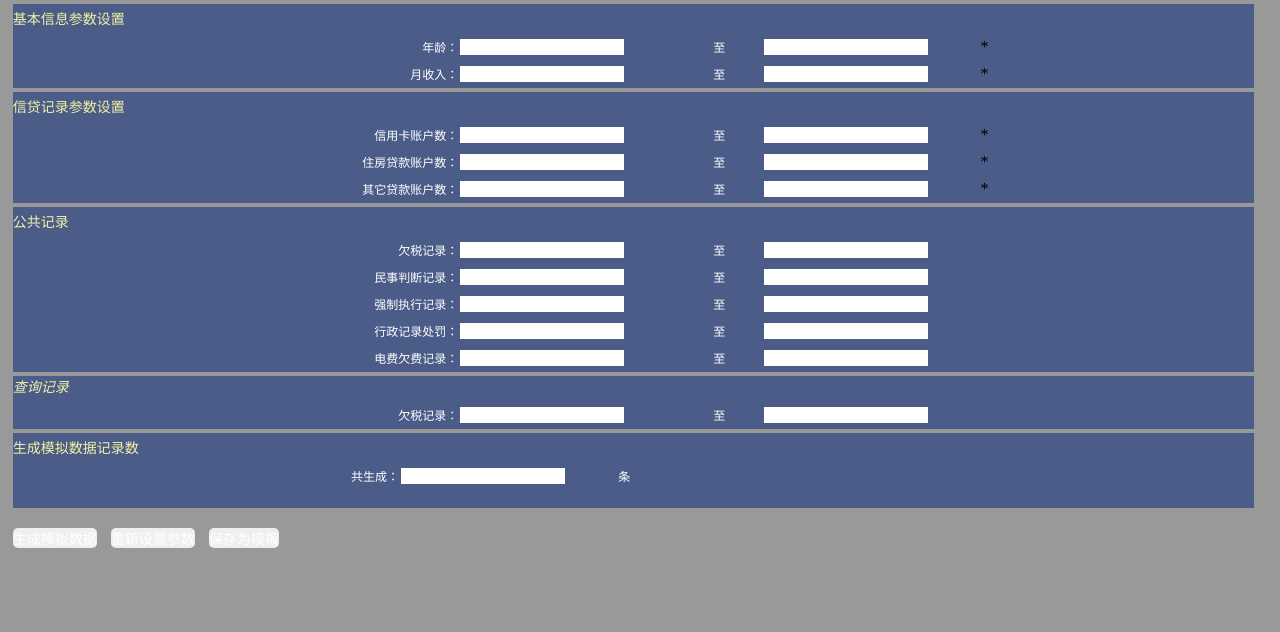
Repository: trieyouth/BigData
Page: http://localhost/BigData/WEB-INF/views/client-credit-analyse-system/data-collect/generateData.jsp
An editor plug-in stored every save of this project. The page is shown before and after the next save, followed by the edit.
The browser window is 1280 px wide. The pictures show the whole page.
The page is served by Tomcat 9. Nobody is signed in. Other server files are loaded and not shown. The template is opened directly, without the code that normally fills it, so the values that code supplies are empty.

Above is the page before, as saved 2016-03-07 09:03:30.

### BigData/WebRoot/WEB-INF/views/client-credit-analyse-system/data-collect/generateData.jsp
<%@ page language="java" import="java.util.*" contentType="text/html; charset=utf-8" pageEncoding="utf-8"%>
<%@taglib prefix="c" uri="http://java.sun.com/jsp/jstl/core" %>
<%
String path = request.getContextPath();
String basePath = request.getScheme()+"://"+request.getServerName()+":"+request.getServerPort()+path+"/";
%>

<!DOCTYPE HTML PUBLIC "-//W3C//DTD HTML 4.01 Transitional//EN">
<html>
  <head>
    <base href="<%=basePath%>">
    <meta charset="utf-8">
<title>数据录入 </title>


	<meta http-equiv="pragma" content="no-cache">
	<meta http-equiv="cache-control" content="no-cache">
	<meta http-equiv="expires" content="0">
	<meta http-equiv="keywords" content="keyword1,keyword2,keyword3">
	<meta http-equiv="description" content="This is my page">
 <link href="<c:url value="/css/style.css"/>" rel="stylesheet" type="text/css">
<link href="<c:url value="/css/mycss.css"/>" rel="stylesheet" type="text/css">
  </head>

  <body>
<div style="height:4px; width:100%;"></div>
<form name="frm" method="POST" action="<c:url value="/ccas/index/dataCollect/generateData"/>">

  <!--基本参数设置区域-->

  <div id="lightcolor">
    <div style="height:4px; width:100%;"></div>
    <label  id="labelhead">基本信息参数设置</label>
    <div style="height:4px; width:100%;"></div>
    <table frame="void" width = "70%" height="25" >
      <tr>
        <td width="30%"  height="25"  style="text-align:right" ><label id="labelbody" > 年龄： </label></td>
        <td width="25%"  height="25"  ><label id="labelbody" >
            <input  type="text" id="inputwidth" name="minAge" >
          </label></td>
        <!--那么属性为参数名-->
        <td width="10%"  height="25"  style="text-align:center"  ><label id="labelbody" > 至 </label></td>
        <td width="25%"  height="25"  ><label id="labelbody" >
            <input  type="text" id="inputwidth" name="maxAge" >
          </label></td>
        <td width="10%"  height="25" ><label id="labelbody1" >* </label></td>
      </tr>
      <tr>
        <td width="30%"  height="25"  style="text-align:right" ><label id="labelbody" > 月收入： </label></td>
        <td width="25%"  height="25"  ><label id="labelbody" >
            <input  type="text" id="inputwidth" name="minMonthlyIncome" >
          </label></td>
        <td width="10%"  height="25"  style="text-align:center"  ><label id="labelbody" > 至 </label></td>
        <td width="25%"  height="25"  ><label id="labelbody" >
            <input  type="text" id="inputwidth" name="maxMonthlyIncome" >
          </label></td>
        <td width="10%"  height="25" ><label id="labelbody1" >*</label></td>
      </tr>

    </table>
  </div>

  <!--开始下一个参数组-->
  <div style="height:4px; width:100%;"></div>
  <div id="lightcolor">
    <div style="height:4px; width:100%;"></div>
    <label  id="labelhead">信贷记录参数设置</label>
    <div style="height:4px; width:100%;"></div>
    <table frame="void" width = "70%" height="25" >
      <tr>
        <td width="30%"  height="25"  style="text-align:right" ><label id="labelbody" > 信用卡账户数： </label></td>
        <td width="25%"  height="25"  ><label id="labelbody" >
            <input  type="text" id="inputwidth" name="minCreditNum" >
          </label></td>
        <td width="10%"  height="25"  style="text-align:center"  ><label id="labelbody" > 至 </label></td>
        <td width="25%"  height="25"  ><label id="labelbody" >
            <input  type="text" id="inputwidth" name="maxCreditNum" >
          </label></td>
        <td width="10%"  height="25"  ><label id="labelbody1" >* </label></td>
      </tr>
      <tr>
        <td width="30%"  height="25"  style="text-align:right" ><label id="labelbody" > 住房贷款账户数：</label></td>
        <td width="25%"  height="25"  ><label id="labelbody" >
            <input  type="text" id="inputwidth" name="minHouseLoan" >
          </label></td>
        <td width="10%"  height="25"  style="text-align:center"  ><label id="labelbody" > 至 </label></td>
        <td width="25%"  height="25"  ><label id="labelbody" >
            <input  type="text" id="inputwidth" name="maxHouseLoan" >
          </label></td>
        <td width="10%"  height="25"  ><label id="labelbody1" >* </label></td>
      </tr>
      <tr>
        <td width="30%"  height="25"  style="text-align:right" ><label id="labelbody" >其它贷款账户数：</label></td>
        <td width="25%"  height="25"  ><label id="labelbody" >
            <input  type="text" id="inputwidth" name="minLoansNum" >
          </label></td>
        <td width="10%"  height="25"  style="text-align:center"  ><label id="labelbody" > 至 </label></td>
        <td width="25%"  height="25"  ><label id="labelbody" >
            <input  type="text" id="inputwidth" name="maxLoansNum" >
          </label></td>
        <td width="10%"  height="25"  ><label id="labelbody1" >* </label></td>
      </tr>
    </table>
  </div>

  <!--开始下一个参数组-->
  <div style="height:4px; width:100%;"></div>
  <div id="lightcolor">
    <div style="height:4px; width:100%;"></div>
    <label  id="labelhead">公共记录</label>
    <div style="height:4px; width:100%;"></div>
    <table frame="void" width = "70%" height="25" >
      <tr>
        <td width="30%"  height="25"  style="text-align:right" ><label id="labelbody" > 欠税记录： </label></td>
        <td width="25%"  height="25"  ><label id="labelbody" >
            <input  type="text" id="inputwidth" name="minOwingTaxes" >
          </label></td>
        <td width="10%"  height="25"  style="text-align:center"  ><label id="labelbody" > 至 </label></td>
        <td width="25%"  height="25"  ><label id="labelbody" >
            <input  type="text" id="inputwidth" name="maxOwingTaxes" >
          </label></td>
         <td width="10%"  height="25"  style="text-align:center"  ><label id="labelbody" > </label></td>
         </tr>
      <tr>
        <td width="30%"  height="25"  style="text-align:right" ><label id="labelbody" > 民事判断记录： </label></td>
        <td width="25%"  height="25"  ><label id="labelbody" >
            <input  type="text" id="inputwidth" name="minCivilJudgmentRecord" >
          </label></td>
        <td width="10%"  height="25"  style="text-align:center"  ><label id="labelbody" > 至 </label></td>
        <td width="25%"  height="25"  ><label id="labelbody" >
            <input  type="text" id="inputwidth" name="maxCivilJudgmentRecord" >
          </label></td>
        <td width="10%"  height="25"  style="text-align:center"  ></td>
      </tr>
      <tr>
        <td width="30%"  height="25"  style="text-align:right" ><label id="labelbody" > 强制执行记录： </label></td>
        <td width="25%"  height="25"  ><label id="labelbody" >
            <input  type="text" id="inputwidth" name="minEnforcement" >
          </label></td>
        <td width="10%"  height="25"  style="text-align:center"  ><label id="labelbody" > 至 </label></td>
        <td width="25%"  height="25"  ><label id="labelbody" >
            <input  type="text" id="inputwidth" name="maxEnforcement" >
          </label></td>
         <td width="10%"  height="25"  style="text-align:center"  ></td>
      </tr>
      <tr>
        <td width="30%"  height="25"  style="text-align:right" ><label id="labelbody" > 行政记录处罚： </label></td>
        <td width="25%"  height="25"  ><label id="labelbody" >
            <input  type="text" id="inputwidth" name="minAdministrativerPunishment" >
          </label></td>
        <td width="10%"  height="25"  style="text-align:center"  ><label id="labelbody" > 至 </label></td>
        <td width="25%"  height="25"  ><label id="labelbody" >
            <input  type="text" id="inputwidth" name="maxAdministrativerPunishment" >
          </label></td>
         <td width="10%"  height="25"  style="text-align:center"  ><label id="labelbody" > </label></td>
      </tr>
      <tr>
        <td width="30%"  height="25"  style="text-align:right" ><label id="labelbody" > 电费欠费记录： </label></td>
        <td width="25%"  height="25"  ><label id="labelbody" >
            <input  type="text" id="inputwidth" name="minElectricityArrears" >
          </label></td>
        <td width="10%"  height="25"  style="text-align:center"  ><label id="labelbody" > 至 </label></td>
        <td width="25%"  height="25"  ><label id="labelbody" >
            <input  type="text" id="inputwidth" name="maxmElectricityArrears" >
          </label></td>
         <td width="10%"  height="25"  style="text-align:center"  ><label id="labelbody" > </label></td>
      </tr>
    </table>
  </div>

    <i><div style="height:4px; width:100%;"></div>
    <div id="lightcolor">
    <label id="labelhead">查询记录</label>
    <div style="height:4px; width:100%;"></div>
    <table frame="void" width="70%" height="25">
      <tr>
        <td width="30%" height="25" style="text-align:right"><label id="labelbody">欠税记录： </label></td>
        <td width="25%" height="25"><label id="labelbody">
            <input type="text" id="inputwidth" name="minSelectOwingTaxes"></label></td>
        <td width="10%" height="25" style="text-align:center"><label id="labelbody"> 至 </label></td>
        <td width="25%" height="25"><label id="labelbody">
            <input type="text" id="inputwidth" name="maxSelectOwingTaxes"> </label></td>
         <td width="10%" height="25" style="text-align:center"><label id="labelbody"> </label></td>
      </tr>
    </table>
  </div></i>

  <!--开始下一个参数组-->
  <div style="height:4px; width:100%;"></div>
  <div id="lightcolor">
    <div style="height:4px; width:100%;"></div>
    <label  id="labelhead">生成模拟数据记录数</label>
    <div style="height:4px; width:100%;"></div>
    <table frame="void" width = "70%" height="25" >
      <tr>
        <td width="23%"  height="25"  style="text-align:right" ><label id="labelbody" > 共生成： </label></td>
        <td width="25%"  height="25"  ><label id="labelbody" >
            <input  type="text" id="inputwidth" name="generateRecordNum" ></label></td>
        <td width="52%"  height="25"    ><label id="labelbody" style="text-align:left"> 条</label></td>
      </tr>
    </table><br>
  </div>

  <div style="height:20px; width:100%;">${OperateStatus }</div>
  <!--选择按钮功能-->
  <div id="buttoncon">
    <button  id="button1style" type="submit" onclick="ClickGenerateData()" >生成模拟数据</button>
    <!--点击此按钮后台获得参数-->
    <button  type="Reset" id="button2style">重新设置参数</button>
    <button  type="submit" id="button3style" onclick="ClickSaveForTemplate()" >保存为模板</button>
    <!-- <button  type="Reset" id="button2style">设置生成字段</button> -->
  </div>
</form>
  </body>
  <script language="javascript" type="text/javascript">
  function ClickGenerateData(){
        document.frm.action="<c:url value="/ccas/index/dataCollect/generateData"/>";
        document.frm.submit();
   }
  function ClickSaveForTemplate(){
      document.frm.action="<c:url value="/ccas/index/dataCollect/saveAsTemplate"/>";
      document.frm.submit();
 }
  </script>
</html>

### BigData/WebRoot/WEB-INF/resources/css/style.css
@charset "utf-8";
/* CSS Document */
body{
	background-color:#999;}
*{
	margin:0 auto;
	padding:0;
	border:0;
	font-family:Microsoft YaHei;}
.system1-index-wrap{
	width:65%;
	height:auto;
	background-color:#FFF;
	}
ul{
	list-style-type:none;
  }
.system1-index-wrap .header .nav li{
	float:left;
	color:#FFF;
	width:10%;
	font-size:17px;
	font-weight:bold;
	text-align:center;}
.system1-index-wrap .header .nav li a{
	display:block;
	width:100%;
	color:#FFF;
	background-color:#304478;}
.system1-index-wrap .header .nav li a:hover{
	//background:#4C5C89;
	border-bottom:5px solid #FFBC53;}
a{
	text-decoration:none;}
.system1-index-wrap .header{
	width:100%;
	height:130px;
	background-color:#0F6;}
.system1-index-wrap .header .logo{
	width:100%;
	height:68px;
	border-bottom:2px solid #858FAC;
	background-color:#4C5C89;}
.system1-index-wrap .header .logo img{
	position:relative;
	margin-left:10px;
	margin-top:12px;}
.system1-index-wrap .header .nav{
	width:100%;
	height:55px;
	background-color:#304478;
	border-bottom:5px solid #2A85B4;
	line-height:55px;}
.system1-index-wrap .content{
	text-align:center;
	width:100%;
	height:600px;
	background-color:#FFF;}
.system1-index-wrap .content img{
	margin-top:100px;}
.system1-index-wrap .content .meau{
	float:left;
	width:20%;
	height:600px;
	background-color:#121830;}
.system1-index-wrap .content .meau ul{
	padding-top:30px;}
.system1-index-wrap .content .meau li{
	width:100%;
	height:40px;
	line-height:40px;
	text-align:center;
	border-bottom:1px solid #4C5C89;}
.system1-index-wrap .content .meau li a{
	display:block;
	width:100%;
	height:40px;
	color:#CCC;
	font-size:16px;
	font-weight:bold;}
.system1-index-wrap .content .meau li a:hover{
	background:#304478;}
.system1-index-wrap .content .main{
	float:left;
	width:80%;
	height:600px;
	background-color:#FFF;}
.system1-index-wrap .content p{
	position:absolute;
	margin-left:15%;
	margin-top:50px;
	width:40%;
	height:50px;
	background-color:#D9EDF7;
	color:#31708F;
	line-height:50px;
	font-size:16px;
	border:1px solid #BCE7F1;
	border-radius:2px;
	-moz-border-radius:5px;
	-webkit-box-orient:5px;}
.system1-index-wrap .footer{
	width:100%;
	height:30px;
	background-color:#304478;
	text-align:center;
	line-height:30px;}
.system1-index-wrap .footer p{
	font-family:"MS Serif", "New York", serif;
	font-size:14px;
	color:#FFF;}
.c1{
	background:#304478;}
.c2{
	background:#121830;
}

### BigData/WebRoot/WEB-INF/resources/css/mycss.css
@charset "utf-8";
/* CSS Document */
*{
	font-family:"黑体"}
input{
	color:#FFF;}
#continaer{
	margin: 0px auto;
	width:80%;
	height:750px;
	//min-height:700px;
	background-color:rgb(18,24,48);
	padding:10px;
	border:0;
	}
#header{
	height:20%;
	width:100%;
	margin:0 auto;
	padding:0;
	border:0;
	background-color:rgb(76,93,137);}
    hr{ margin-top:0;
	margin-bottom:0;}

#bod{
	height:80%;
	width:100%;
	margin-top:0%;
	padding:0;
	background-color:rgb(76,93,137);
	}
#leftbody{
	margin:0;
	padding:0;
	border:0;
	width:20%;
	height:100%;
	background-color:rgb(18,24,48);
	float:left;
	}
#rightbody{
	margin:0;
	padding:0;
	border:0;
	width:80%;
	height:100%;
	background-color:rgb(49,69,120);
	float:left;}
#navhead{
	width:100%;
	height:50px;
	border:0;
	margin:0;
	padding:0;
	background:rgb(49,69,120);}

#hrc{
	margin-top:0;}
.nav ul {
	width:100%;
	height: 50px;
	padding: 0;
	margin-top:0;
}
.nav ul li {
	float: left;
	list-style: none;
}
.nav ul li a {
	width: 145px;
	height: 41px;
	line-height: 41px;
	background: rgb(49,69,120);
	color: #000;
	font-size: 14px;
	display: block;
	text-align: center;
	text-decoration: none;
	font-size: 16px;
	font-family:Microsoft YaHei;
	color:#FFF;
}
.nav ul li a:hover {
	width: 145px;
	height: 41px;
	line-height: 41px;
	border: 1px solid rgb(49,69,120);
	color: #000;
}

.meau ul {
	width: 100%;
	padding: 0;
	margin-top: 0;
}
.meau ul li {
	list-style: none;
}
.meau ul li a {
	width: 100%;
	height: 41px;
	line-height: 41px;
	background: rgb(28,40,82);
	color: #000;
	font-size: 14px;
	display: block;
	text-align: center;
	text-decoration: none;
	font-size: 16px;
	font-family: Microsoft YaHei;
	color: #FFF;
}
.meau ul li a:hover {
	width: 100%;
	height: 41px;
	line-height: 41px;
	border: 1px solid rgb(49,69,120);
	color: #FFF;
	background-color: rgb(18,24,48);
}
#lightcolor {
	width: 97%;
	margin-left:1%;
	background-color: #4B5C88;
	border:0;
}
#lighttable {
	width: 96%;

	padding-left:10px;
	margin-left:1%;
	background-color: #4B5C88;
	border:0;
}


#buttoncon{
	width: 97%;
	margin-left:1%;
	padding:0;
	border:0;
}
#labelhead {
	color: #F1F1A4;
	font-size: 14px;
	font-family: Microsoft YaHei;
}
#labelbody {
	color: #FFF;
	font-size: 12px;
	font-family: Microsoft YaHei;
}
.inputwidth {
	width: 100px;
	height: 16px;
	background: Transparent;
	border: 1px solid #788587;
 //border:#000;
 //font-size:14px;
}
.cell{
	border-right:#7785A8 solid 1px;
	}
button{
	margin-right:10px;
	border:0px;
	font-size:14px;
	color:#FFF;
	border-radius:5px;
	-moz-border-radius:5px;
	-webkit-box-orient:5px;
	cursor:pointer;}
.createdata{
	width:15%;
	height:40px;
	display:block;
	float:left;
	text-align:center;
	background-color:#033;
	}
.restartsetpar{
	width:15%;
	height:40px;
	display:block;
	float:left;
	text-align:center;
	background-color:#063;
	}
.saveastemplet{
	width:15%;
	height:40px;
	display:block;
	float:left;
	text-align:center;
	background-color:#0C3;
	}
.setcreatepar{
	width:15%;
	height:40px;
	display:block;
	float:left;
	text-align:center;
	background-color:#0F3;
	}

After the next save:
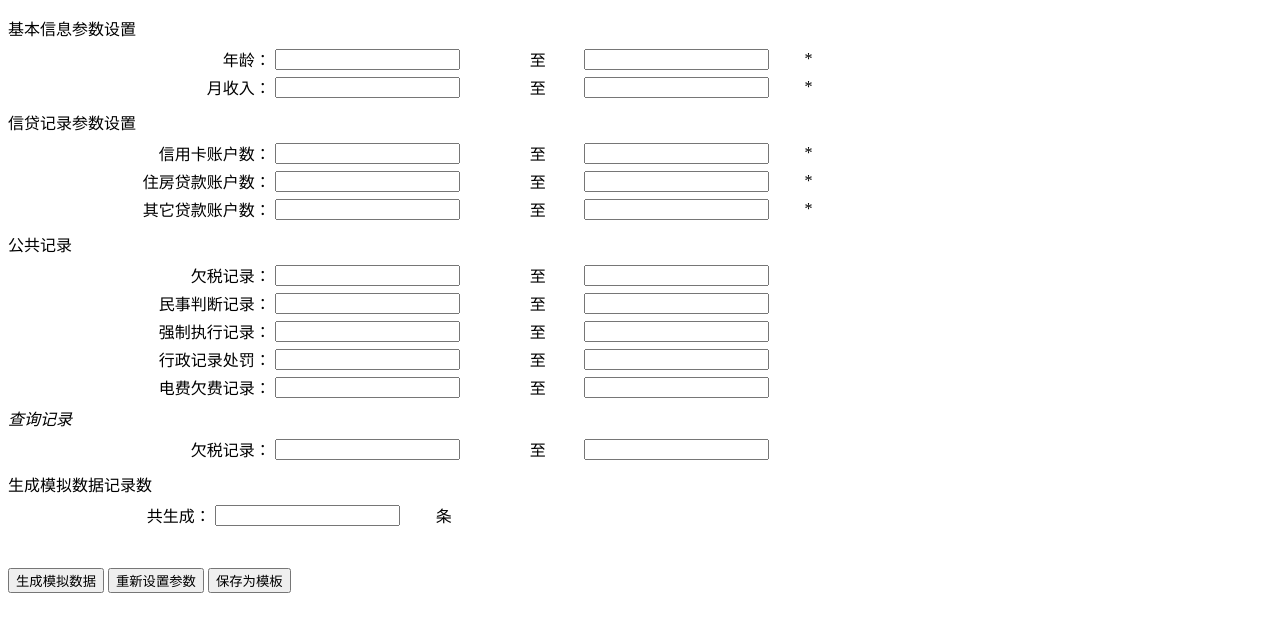
Saved 12 s later.
--- a/BigData/WebRoot/WEB-INF/views/client-credit-analyse-system/data-collect/generateData.jsp
+++ b/BigData/WebRoot/WEB-INF/views/client-credit-analyse-system/data-collect/generateData.jsp
@@ -18,8 +18,7 @@ String basePath = request.getScheme()+"://"+request.getServerName()+":"+request.
 	<meta http-equiv="expires" content="0">
 	<meta http-equiv="keywords" content="keyword1,keyword2,keyword3">
 	<meta http-equiv="description" content="This is my page">
- <link href="<c:url value="/css/style.css"/>" rel="stylesheet" type="text/css">
-<link href="<c:url value="/css/mycss.css"/>" rel="stylesheet" type="text/css">
+
   </head>
 
   <body>
